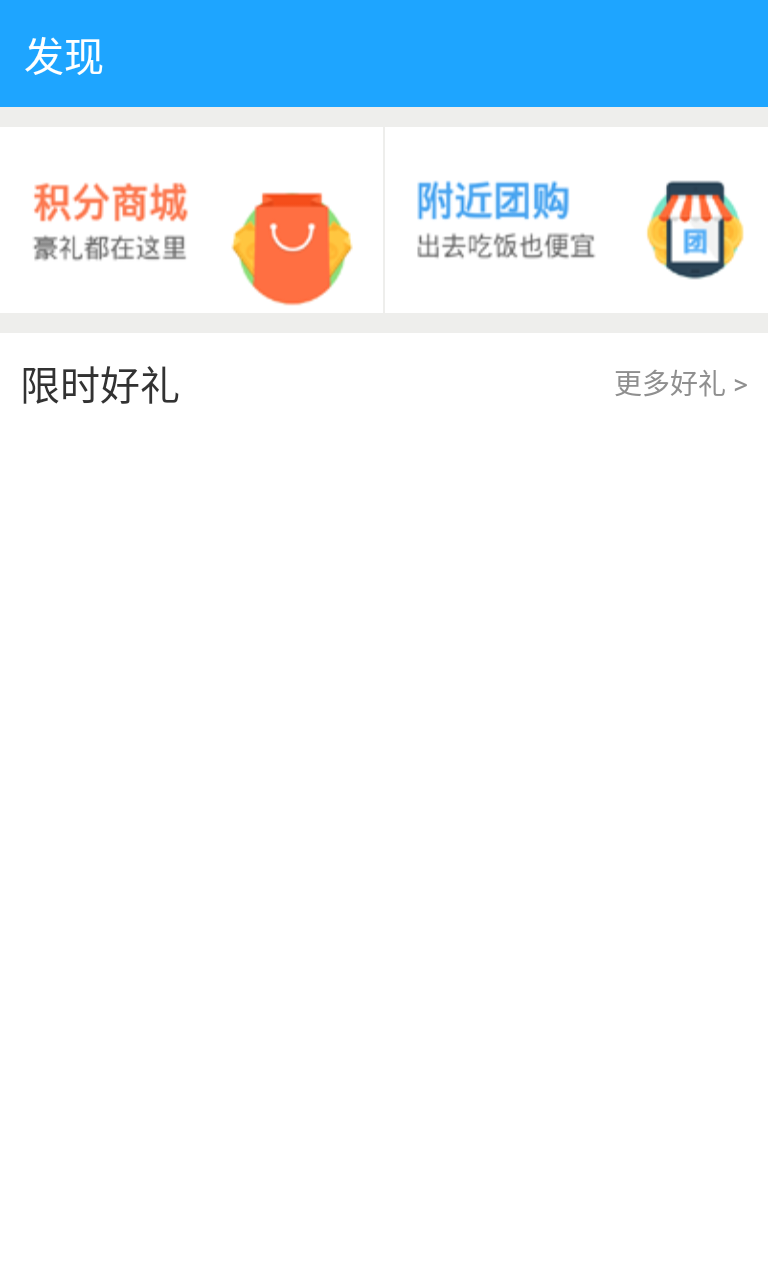
Repository: shi1hh/v
Layout: HungryTest/res/layout/fragment_faxian.xml
These files come from the project's save history. The layout is drawn as it stood at one moment and after the next save; the edit follows.
It is drawn on a 768 x 1280 px phone screen (xhdpi) without system bars, with theme android:Theme.Light.NoTitleBar; the app's code is not run. Lists and similar views that code fills are empty.

Above is the layout before, as saved 2015-10-25 05:00:33.

### HungryTest/res/layout/fragment_faxian.xml
<?xml version="1.0" encoding="utf-8"?>
<LinearLayout xmlns:android="http://schemas.android.com/apk/res/android"
    android:layout_width="match_parent"
    android:layout_height="match_parent"
    android:orientation="vertical" >

     <RelativeLayout
        android:layout_width="match_parent"
        android:layout_height="wrap_content"
        android:background="@color/blackground" >



        <TextView
      android:layout_width="wrap_content"
            android:layout_height="wrap_content"
            android:layout_alignParentLeft="true"
            android:layout_alignParentTop="true"
            android:layout_centerVertical="true"
            android:background="@color/blackground"
            android:gravity="center"
            style="@style/normal_text"
            android:text="@string/faxian_logo" />

        </RelativeLayout>
        <View
            android:layout_width="match_parent"
            android:layout_height="@dimen/divider_large"
            android:background="@color/divider"
            />
<LinearLayout
    android:layout_width="match_parent"
    android:layout_height="wrap_content"
    android:orientation="horizontal"
    >
        <Button
            android:id="@+id/button1"
                     android:layout_width="0dp"
            android:layout_weight="1"
            android:layout_height="wrap_content"
            android:background="@drawable/faxianjifen"/>
                <View
            android:layout_width="@dimen/divider_small"
    android:layout_height="match_parent"
            android:background="@color/divider"
            />
      <Button
            android:id="@+id/button2"
            android:layout_width="0dp"
            android:layout_height="wrap_content"
                        android:layout_weight="1"
                        android:background="@drawable/faxianfujingoumai" />
      </LinearLayout>
          <View
            android:layout_width="match_parent"
            android:layout_height="@dimen/divider_large"
            android:background="@color/divider"
            />
            <RelativeLayout
        android:layout_width="match_parent"
        android:layout_height="wrap_content" >

                <TextView
                    android:id="@+id/textView1"
                    android:layout_width="wrap_content"
                    android:layout_height="wrap_content"
                    android:layout_alignParentLeft="true"
                    android:layout_alignParentTop="true"
                    android:padding="10dp"
                    android:text="@string/faxian_xianshihaoli"
                    android:textSize="@dimen/faxian_timelimi" />

                <TextView
                    android:id="@+id/textView2"
                    android:layout_width="wrap_content"
                    android:layout_height="wrap_content"
                    android:layout_alignParentRight="true"
                    android:layout_centerVertical="true"
                    android:text="@string/faxian_gengduohaoli"
                    android:padding="@dimen/padding_faxian_gengduohaoli"
                    android:layout_marginRight="5dp"
                    android:textColor="@color/text_gray_2" />

                   </RelativeLayout>

            <GridView
                android:id="@+id/gridView_faxian"
                android:layout_width="match_parent"
                android:layout_height="wrap_content"
                android:stretchMode="columnWidth"
                android:horizontalSpacing="8dp"
                android:verticalSpacing="8dp"
                android:numColumns="2" >
            </GridView>

</LinearLayout>

### HungryTest/res/values/color.xml
<?xml version="1.0" encoding="utf-8"?>
<resources>
    <color name="sum">#ffffff</color>
    <color name="balance">#00FF7F</color>
    <color name="balance_text">#ffffff</color>
    <color name="lvlft_select">#ffffff</color>
    <color name="lvlft_black">#CFCFCF</color>
    <color name="white">#ffffff</color>
    <color name="navigation_bg">#F6F6F6</color>
      <color name="blackground">#1EA5FF</color>
      <color name="text_gray">#CCCCCC</color>
      <color name="waimai_divider">#EEEEEC</color>
      <color name="normal_text">#ffffff</color>
      <color name="blackground2">#eceeee</color>
      <color name="login_button">#60C04D</color>
      <color name="divider">#EEEEEC</color>
      <color name="text_gray_2">#8F8F8F</color>
      <color name="blackground_cart_listview">#F2F2F2</color>
      <color name="black">#FFFAFA</color>
      <color name="text1">#EE2C2C</color>
      <color name="text2">#DAA520</color>
</resources>

### HungryTest/res/values/styles.xml
<resources xmlns:android="http://schemas.android.com/apk/res/android">

    <!--
        Base application theme, dependent on API level. This theme is replaced
        by AppBaseTheme from res/values-vXX/styles.xml on newer devices.




    -->
    <style name="AppBaseTheme" parent="Theme.AppCompat.Light">
        <!--
            Theme customizations available in newer API levels can go in
            res/values-vXX/styles.xml, while customizations related to
            backward-compatibility can go here.




        -->
    </style>

    <!-- Application theme. -->
    <style name="AppTheme" parent="AppBaseTheme">
        <!-- All customizations that are NOT specific to a particular API-level can go here. -->
    </style>

    <style name="text">
        <item name="android:textSize">10sp</item>
        <item name="android:gravity">center_horizontal</item>
    </style>

    <style name="waimai_tb_text">
        <item name="android:textSize">13sp</item>
        <item name="android:gravity">center_horizontal</item>
    </style>

    <style name="waimai_money_text">
        <item name="android:textColor">#FF3030</item>
        <item name="android:textSize">20sp</item>
    </style>

    <style name="back">
        <item name="android:textColor">#ffffff</item>
        <item name="android:textSize">30sp</item>
        <item name="android:text">←</item>
    </style>

    <style name="waimai_store_name_textsize">
        <item name="android:textSize">20sp</item>
    </style>

    <style name="normal_text">
        <item name="android:textSize">20sp</item>
        <item name="android:textColor">#ffffff</item>
        <item name="android:padding">12dp</item>
    </style>

    <style name="login_">
        <item name="android:textSize">20sp</item>
        <item name="android:textColor">#ffffff</item>
        <item name="android:padding">10dp</item>
        <item name="android:gravity">center</item>
        <item name="android:text">登录</item>
    </style>

    <style name="forget_psw">
        <item name="android:textColor">#1EA5FF
</item>
        <item name="android:text">忘记密码?</item>
    </style>

    <style name="login_message">
        <item name="android:textColor">#1EA5FF
</item>
        <item name="android:text">短信验证码登录</item>
    </style>
    <style name="faxian_reward_btn">
        <item name="android:textColor"
            >#ffffff</item>
        <item name="android:background">#FF4500</item>
        <item name="android:text">抽奖</item>
        <item name="android:padding">8dp</item>

    </style>


</resources>

### HungryTest/res/values/strings.xml
<?xml version="1.0" encoding="utf-8"?>
<resources>

    <string name="app_name">HungryTest</string>
    <string name="hello_world">Hello world!</string>
    <string name="action_settings">Settings</string>
    <string name="navigation1">外卖</string>
 <string name="navigation2">订单</string>
  <string name="navigation3">发现</string>
   <string name="navigation4">我</string>
   <string name="waimai_tb1">便利店</string>
    <string name="waimai_tb2">品牌馆</string>
     <string name="waimai_tb3">水果</string>
      <string name="waimai_tb4">鲜花蛋糕</string>
       <string name="waimai_tb5">新店特惠</string>
        <string name="waimai_tb6">夜宵</string>
         <string name="waimai_tb7">预定早餐</string>
         <string name="dingdan_text1">订单</string>
         <string name="login_reg">注册</string>
         <string name="back">←</string>
         <string name="dingdan_dingdan">订单</string>
         <string name="dingdan_breakfast">早餐订单</string>
         <string name="login_psw_hint">登录密码</string>
         <string name="login_user_hint">手机/邮箱/用户名</string>
         <string name="login_login">登录</string>
         <string name="login_wx">微信</string>
         <string name="login_qq">QQ</string>
         <string name="login_xl">微博</string>
         <string name="faxian_logo">发现</string>
         <string name="faxian_xianshihaoli">限时好礼</string>
         <string name="faxian_gengduohaoli">更多好礼  ></string>

</resources>

### HungryTest/res/values/dimens.xml
<resources>

    <!-- Default screen margins, per the Android Design guidelines. -->
    <dimen name="activity_horizontal_margin">16dp</dimen>
    <dimen name="activity_vertical_margin">16dp</dimen>
<dimen name="login_usertop_margin">13dp</dimen>
<dimen  name="login_user_pendding">17dp</dimen>
<dimen name="divider_large">10dp</dimen>
<dimen name="divider_small">1dp</dimen>
<dimen name="faxian_timelimi">20sp</dimen>
<dimen name="padding_faxian_timelimi">10dp</dimen>
<dimen name="padding_faxian_gengduohaoli">5dp</dimen>
</resources>

After the next save:
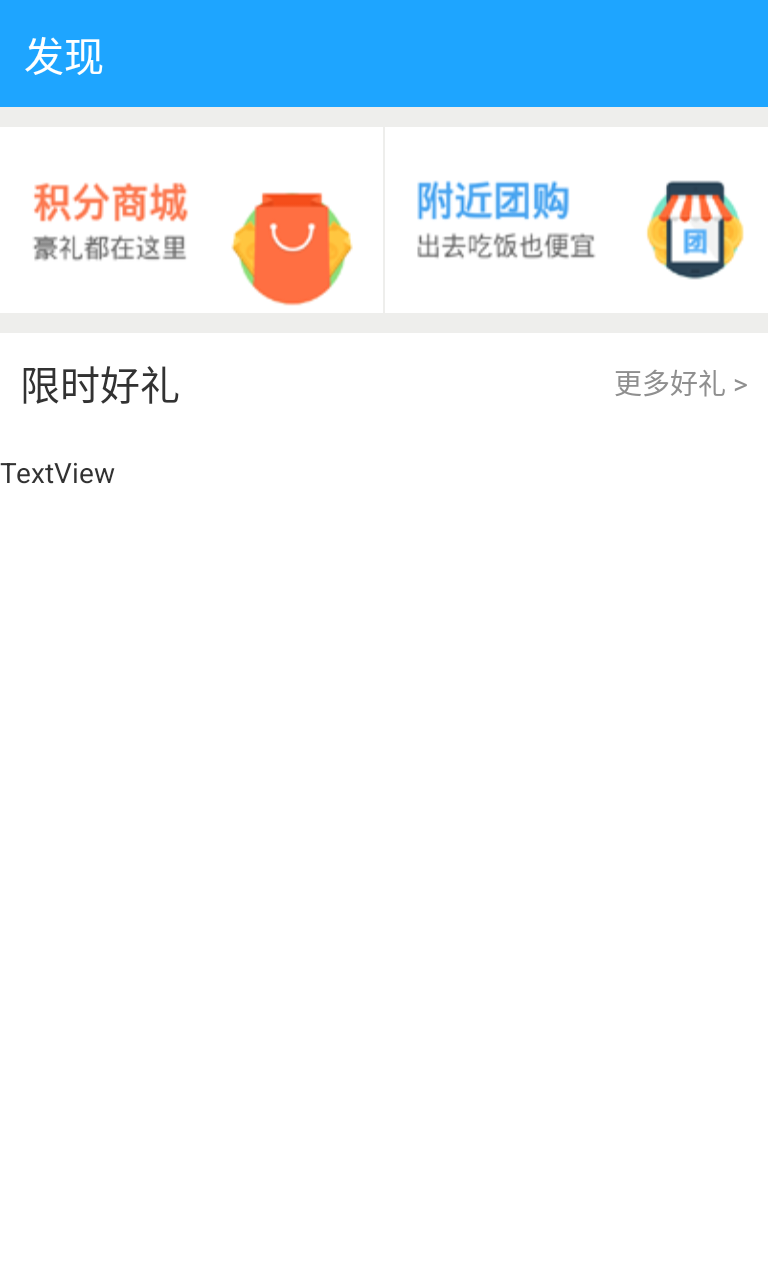
Saved 16 min 51 s later.
--- a/HungryTest/res/layout/fragment_faxian.xml
+++ b/HungryTest/res/layout/fragment_faxian.xml
@@ -4,93 +4,98 @@
     android:layout_height="match_parent"
     android:orientation="vertical" >
 
-     <RelativeLayout
+    <RelativeLayout
         android:layout_width="match_parent"
         android:layout_height="wrap_content"
         android:background="@color/blackground" >
 
-
-
         <TextView
-      android:layout_width="wrap_content"
+            style="@style/normal_text"
+            android:layout_width="wrap_content"
             android:layout_height="wrap_content"
             android:layout_alignParentLeft="true"
             android:layout_alignParentTop="true"
             android:layout_centerVertical="true"
             android:background="@color/blackground"
             android:gravity="center"
-            style="@style/normal_text"
             android:text="@string/faxian_logo" />
+    </RelativeLayout>
 
-        </RelativeLayout>
-        <View
-            android:layout_width="match_parent"
-            android:layout_height="@dimen/divider_large"
-            android:background="@color/divider"
-            />
-<LinearLayout
-    android:layout_width="match_parent"
-    android:layout_height="wrap_content"
-    android:orientation="horizontal"
-    >
+    <View
+        android:layout_width="match_parent"
+        android:layout_height="@dimen/divider_large"
+        android:background="@color/divider" />
+
+    <LinearLayout
+        android:layout_width="match_parent"
+        android:layout_height="wrap_content"
+        android:orientation="horizontal" >
+
         <Button
             android:id="@+id/button1"
-                     android:layout_width="0dp"
+            android:layout_width="0dp"
+            android:layout_height="wrap_content"
             android:layout_weight="1"
-            android:layout_height="wrap_content"
-            android:background="@drawable/faxianjifen"/>
-                <View
+            android:background="@drawable/faxianjifen" />
+
+        <View
             android:layout_width="@dimen/divider_small"
-    android:layout_height="match_parent"
-            android:background="@color/divider"
-            />
-      <Button
+            android:layout_height="match_parent"
+            android:background="@color/divider" />
+
+        <Button
             android:id="@+id/button2"
             android:layout_width="0dp"
             android:layout_height="wrap_content"
-                        android:layout_weight="1"
-                        android:background="@drawable/faxianfujingoumai" />
-      </LinearLayout>
-          <View
-            android:layout_width="match_parent"
-            android:layout_height="@dimen/divider_large"
-            android:background="@color/divider"
-            />
-            <RelativeLayout
+            android:layout_weight="1"
+            android:background="@drawable/faxianfujingoumai" />
+    </LinearLayout>
+
+    <View
+        android:layout_width="match_parent"
+        android:layout_height="@dimen/divider_large"
+        android:background="@color/divider" />
+
+    <RelativeLayout
         android:layout_width="match_parent"
         android:layout_height="wrap_content" >
 
-                <TextView
-                    android:id="@+id/textView1"
-                    android:layout_width="wrap_content"
-                    android:layout_height="wrap_content"
-                    android:layout_alignParentLeft="true"
-                    android:layout_alignParentTop="true"
-                    android:padding="10dp"
-                    android:text="@string/faxian_xianshihaoli"
-                    android:textSize="@dimen/faxian_timelimi" />
+        <TextView
+            android:id="@+id/textView1"
+            android:layout_width="wrap_content"
+            android:layout_height="wrap_content"
+            android:layout_alignParentLeft="true"
+            android:layout_alignParentTop="true"
+            android:padding="10dp"
+            android:text="@string/faxian_xianshihaoli"
+            android:textSize="@dimen/faxian_timelimi" />
 
-                <TextView
-                    android:id="@+id/textView2"
-                    android:layout_width="wrap_content"
-                    android:layout_height="wrap_content"
-                    android:layout_alignParentRight="true"
-                    android:layout_centerVertical="true"
-                    android:text="@string/faxian_gengduohaoli"
-                    android:padding="@dimen/padding_faxian_gengduohaoli"
-                    android:layout_marginRight="5dp"
-                    android:textColor="@color/text_gray_2" />
+        <TextView
+            android:id="@+id/textView2"
+            android:layout_width="wrap_content"
+            android:layout_height="wrap_content"
+            android:layout_alignParentRight="true"
+            android:layout_centerVertical="true"
+            android:layout_marginRight="5dp"
+            android:padding="@dimen/padding_faxian_gengduohaoli"
+            android:text="@string/faxian_gengduohaoli"
+            android:textColor="@color/text_gray_2" />
+    </RelativeLayout>
 
-                   </RelativeLayout>
+    <GridView
+        android:id="@+id/gridView_faxian"
+        android:layout_width="match_parent"
+        android:layout_height="wrap_content"
+        android:horizontalSpacing="8dp"
+        android:numColumns="2"
+        android:stretchMode="columnWidth"
+        android:verticalSpacing="8dp" >
+    </GridView>
 
-            <GridView
-                android:id="@+id/gridView_faxian"
-                android:layout_width="match_parent"
-                android:layout_height="wrap_content"
-                android:stretchMode="columnWidth"
-                android:horizontalSpacing="8dp"
-                android:verticalSpacing="8dp"
-                android:numColumns="2" >
-            </GridView>
+    <TextView
+        android:id="@+id/textView3"
+        android:layout_width="wrap_content"
+        android:layout_height="wrap_content"
+        android:text="TextView" />
 
 </LinearLayout>
